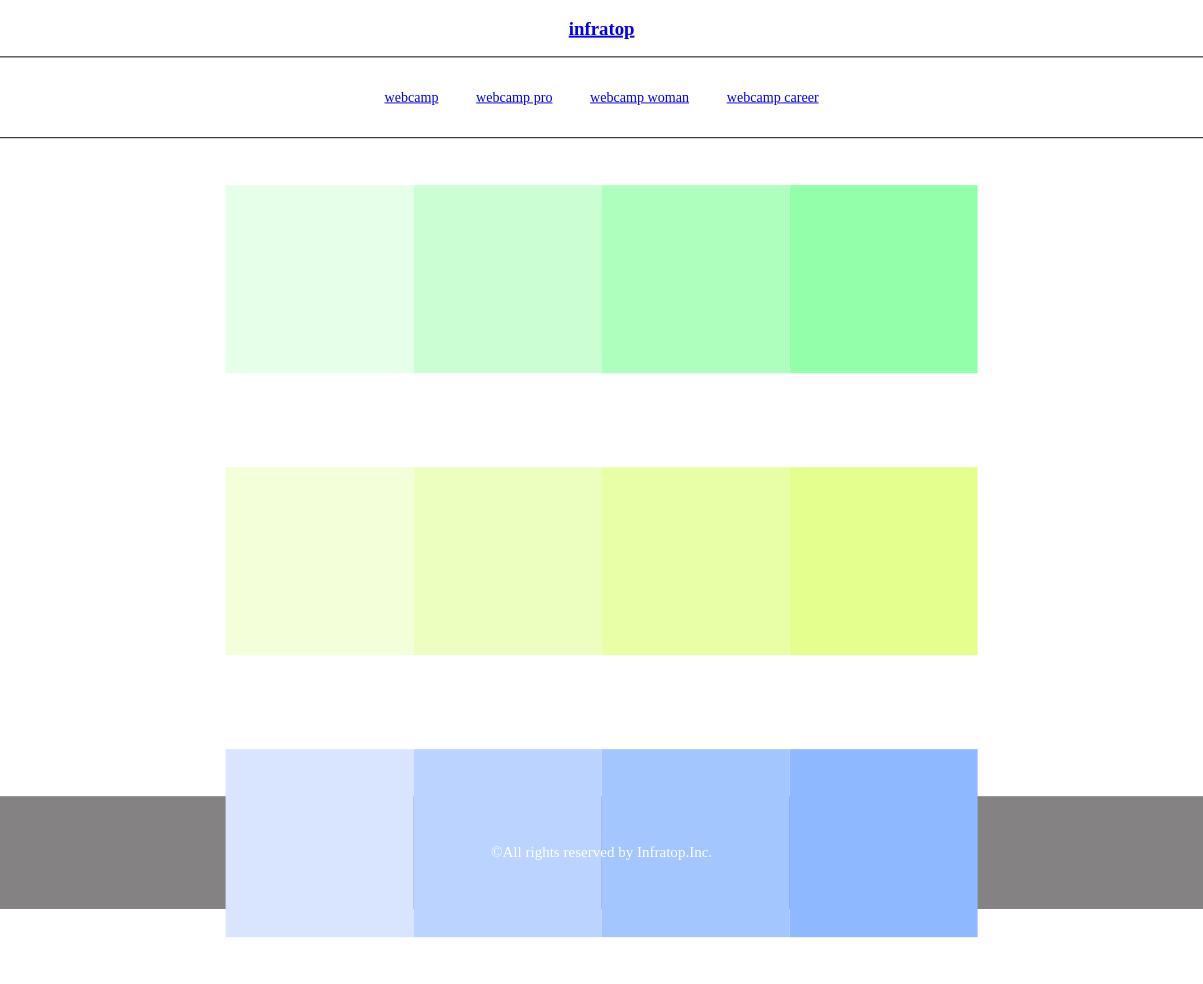
Repository: shizuki-okuma/dmm-webcamp
Page: chapter5_exercise/chapter5_exercise.html
The author's editor kept a record of every edit. The page is drawn from the files as they stood at one moment, then again after the next edit.
The browser window is 1280 px wide. The pictures show the whole page, at 94% of full size.

Above is the page before.

After the next edit:
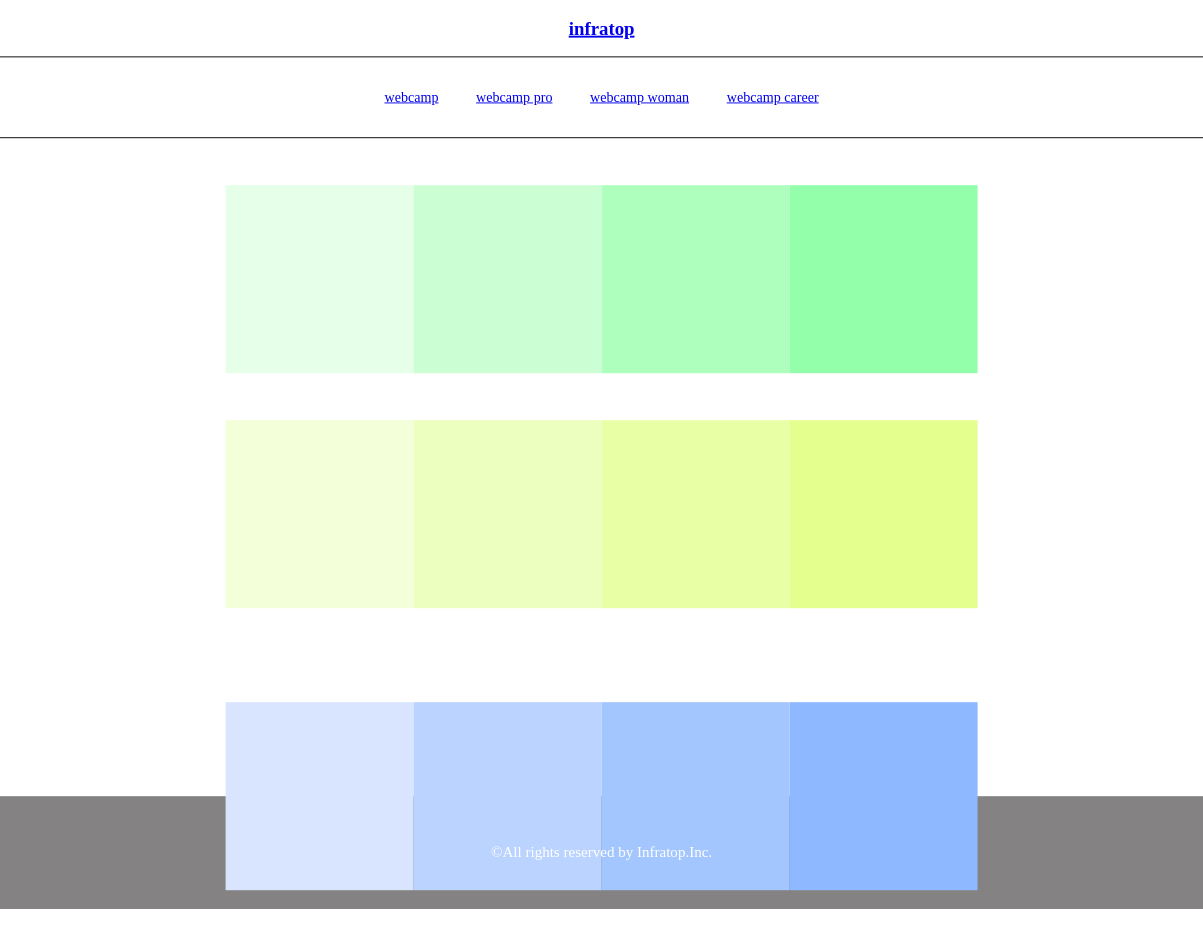
The edit:
--- a/chapter5_exercise/style5.css
+++ b/chapter5_exercise/style5.css
@@ -46,7 +46,7 @@
   flex-wrap: wrap;
   justify-content: center;
   padding-top: 50px;
-  padding-bottom: 50px;
+
 }
 .content2{
   display: flex;
